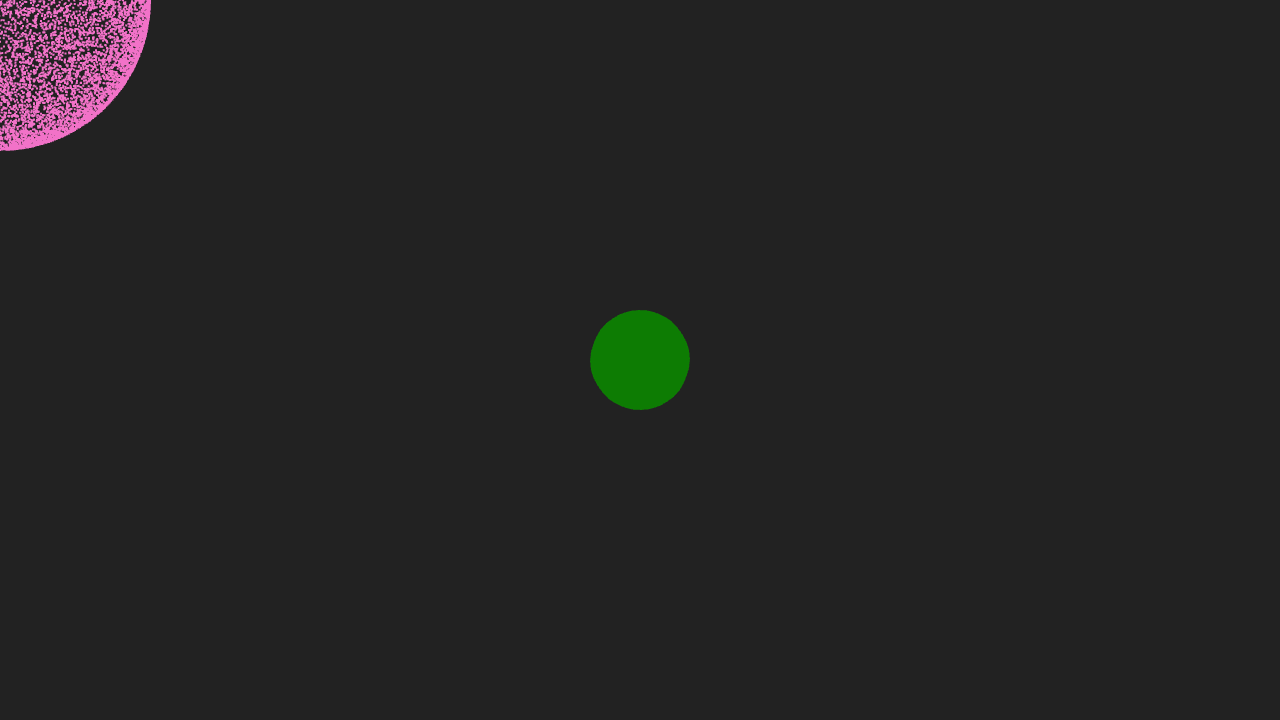
Repository: ZakariaZhlat125/multiple3dWindow
Page: index.html
These files come from the project's save history. The page is drawn as it stood at one moment and after the next save; the edit follows.
The browser window is 1280 px wide. The pictures show the whole page.

Above is the page before, as saved 2023-12-03 22:42:49.

### main.js
import WindowManager from "./WindowManager.js";

const t = THREE;
let camera, scene, renderer, world;
let near, far;
let pixR = window.devicePixelRatio ? window.devicePixelRatio : 1;
let balls = [];
let starsGroup;
let sceneOffsetTarget = { x: 0, y: 0 };
let sceneOffset = { x: 0, y: 0 };

let today = new Date();

today.setHours(0);
today.setMinutes(0);
today.setSeconds(0);
today.setMilliseconds(0);
today = today.getTime();

let internalTime = getTime();
let windowManager;
let initialized = false;

// get time in seconds since beginning of the day (so that all windows use the same time)
function getTime() {
  return (new Date().getTime() - today) / 1000.0;
}

if (new URLSearchParams(window.location.search).get("clear")) {
  localStorage.clear();
} else {
  // this code is essential to circumvent that some browsers preload the content of some pages before you actually hit the url
  document.addEventListener("visibilitychange", () => {
    if (document.visibilityState != "hidden" && !initialized) {
      init();
    }
  });

  window.onload = () => {
    if (document.visibilityState != "hidden") {
      init();
    }
  };

  function init() {
    initialized = true;

    // add a short timeout because window.offsetX reports wrong values before a short period
    setTimeout(() => {
      setupScene();
      setupWindowManager();
      resize();
      updateWindowShape(false);
      render();
      window.addEventListener("resize", resize);
      changeBallColors();
      createStars();
      setInterval(updateStarsPosition, 4000); // Update stars' positions every 4 seconds
    }, 500);
  }

  function setupScene() {
    camera = new t.OrthographicCamera(
      0,
      0,
      window.innerWidth,
      window.innerHeight,
      -10000,
      10000
    );

    camera.position.z = 2.5;
    near = camera.position.z - 0.5;
    far = camera.position.z + 0.5;

    scene = new t.Scene();
    scene.background = new t.Color(0x222222);
    scene.add(camera);

    renderer = new t.WebGLRenderer({ antialias: true, depthBuffer: true });
    renderer.setPixelRatio(pixR);
	starsGroup = new t.Group();
	scene.add(starsGroup);
    world = new t.Object3D();
    scene.add(world);

    renderer.domElement.setAttribute("id", "scene");
    document.body.appendChild(renderer.domElement);
  }

  function setupWindowManager() {
    windowManager = new WindowManager();
    windowManager.setWinShapeChangeCallback(updateWindowShape);
    windowManager.setWinChangeCallback(windowsUpdated);

    let metaData = { foo: "bar" };

    windowManager.init(metaData);

    windowsUpdated();
  }

  function windowsUpdated() {
    updateBalls();
  }

  function updateBalls() {
    let wins = windowManager.getWindows();

    balls.forEach((c) => {
      world.remove(c);
    });

    balls = [];

    for (let i = 0; i < wins.length; i++) {
      let win = wins[i];
      let c = new t.Color();
      c.setHSL(i * 0.1, 1.0, 0.5);
      let radius = 50 + i * 20;
      let segments = 16;
      let geometry = new t.SphereGeometry(radius, segments, segments);
      let material = new t.MeshBasicMaterial({ color: c });
      let ball = new t.Mesh(geometry, material);

      ball.position.x = win.shape.x + win.shape.w * 0.5;
      ball.position.y = win.shape.y + win.shape.h * 0.5;

      world.add(ball);
      balls.push(ball);
    }
  }

  function updateWindowShape(easing = true) {
    sceneOffsetTarget = { x: -window.screenX, y: -window.screenY };
    if (!easing) sceneOffset = sceneOffsetTarget;
  }

  function render() {
    let t = getTime();

    windowManager.update();

    let falloff = 0.05;
    sceneOffset.x =
      sceneOffset.x + (sceneOffsetTarget.x - sceneOffset.x) * falloff;
    sceneOffset.y =
      sceneOffset.y + (sceneOffsetTarget.y - sceneOffset.y) * falloff;

    world.position.x = sceneOffset.x;
    world.position.y = sceneOffset.y;

    let wins = windowManager.getWindows();

    for (let i = 0; i < balls.length; i++) {
      let ball = balls[i];
      let win = wins[i];
      let _t = t;

      let posTarget = {
        x: win.shape.x + win.shape.w * 0.5,
        y: win.shape.y + win.shape.h * 0.5,
      };

      ball.position.x =
        ball.position.x + (posTarget.x - ball.position.x) * falloff;
      ball.position.y =
        ball.position.y + (posTarget.y - ball.position.y) * falloff;
      ball.rotation.x = _t * 0.5;
      ball.rotation.y = _t * 0.3;
    }
	starsGroup.rotation.x -= 0.0005;
	starsGroup.rotation.y -= 0.0008;
    renderer.render(scene, camera);
    requestAnimationFrame(render);
  }

  function changeBallColors() {
    setInterval(() => {
      balls.forEach((ball) => {
        const randomColor = Math.random() * 0xffffff;
        ball.material.color.setHex(randomColor);
      });
    }, 2000);
  }

  function createStars() {
    const sphere = new Float32Array(60000);
    const { radius } = { radius: 150 };

    for (let i = 0; i < sphere.length; i += 3) {
      const [x, y, z] = randomInSphere(radius);
      sphere[i] = x;
      sphere[i + 1] = y;
      sphere[i + 2] = z;
    }

    const geometry = new t.BufferGeometry();
    geometry.setAttribute("position", new t.BufferAttribute(sphere, 3));

    const material = new t.PointsMaterial({
      transparent: true,
      color: 0xf272c8,
      size: 2,
      sizeAttenuation: true,
      depthWrite: false,
    });

    const points = new t.Points(geometry, material);
    starsGroup.add(points);
  }

  function randomInSphere(radius) {
    const u = Math.random();
    const v = Math.random();
    const theta = 2 * Math.PI * u;
    const phi = Math.acos(2 * v - 1);
    const x = radius * Math.sin(phi) * Math.cos(theta);
    const y = radius * Math.sin(phi) * Math.sin(theta);
    const z = radius * Math.cos(phi);
    return [x, y, z];
  }

  function resize() {
    let width = window.innerWidth;
    let height = window.innerHeight;

    camera = new t.OrthographicCamera(0, width, 0, height, -10000, 10000);
    camera.updateProjectionMatrix();
    renderer.setSize(width, height);
  }

  function updateStarsPosition() {
	starsGroup.remove(starsGroup.children[0]); // Remove the previous stars from starsGroup
	createStars();
  }
}

### WindowManager.js
class WindowManager
{
	#windows;
	#count;
	#id;
	#winData;
	#winShapeChangeCallback;
	#winChangeCallback;

	constructor ()
	{
		let that = this;

		// event listener for when localStorage is changed from another window
		addEventListener("storage", (event) =>
		{
			if (event.key == "windows")
			{
				let newWindows = JSON.parse(event.newValue);
				let winChange = that.#didWindowsChange(that.#windows, newWindows);

				that.#windows = newWindows;

				if (winChange)
				{
					if (that.#winChangeCallback) that.#winChangeCallback();
				}
			}
		});

		// event listener for when current window is about to ble closed
		window.addEventListener('beforeunload', function (e)
		{
			let index = that.getWindowIndexFromId(that.#id);

			//remove this window from the list and update local storage
			that.#windows.splice(index, 1);
			that.updateWindowsLocalStorage();
		});
	}

	// check if theres any changes to the window list
	#didWindowsChange (pWins, nWins)
	{
		if (pWins.length != nWins.length)
		{
			return true;
		}
		else
		{
			let c = false;

			for (let i = 0; i < pWins.length; i++)
			{
				if (pWins[i].id != nWins[i].id) c = true;
			}

			return c;
		}
	}

	// initiate current window (add metadata for custom data to store with each window instance)
	init (metaData)
	{
		this.#windows = JSON.parse(localStorage.getItem("windows")) || [];
		this.#count= localStorage.getItem("count") || 0;
		this.#count++;

		this.#id = this.#count;
		let shape = this.getWinShape();
		this.#winData = {id: this.#id, shape: shape, metaData: metaData};
		this.#windows.push(this.#winData);

		localStorage.setItem("count", this.#count);
		this.updateWindowsLocalStorage();
	}

	getWinShape ()
	{
		let shape = {x: window.screenLeft, y: window.screenTop, w: window.innerWidth, h: window.innerHeight};
		return shape;
	}

	getWindowIndexFromId (id)
	{
		let index = -1;

		for (let i = 0; i < this.#windows.length; i++)
		{
			if (this.#windows[i].id == id) index = i;
		}

		return index;
	}

	updateWindowsLocalStorage ()
	{
		localStorage.setItem("windows", JSON.stringify(this.#windows));
	}

	update ()
	{
		//console.log(step);
		let winShape = this.getWinShape();

		//console.log(winShape.x, winShape.y);

		if (winShape.x != this.#winData.shape.x ||
			winShape.y != this.#winData.shape.y ||
			winShape.w != this.#winData.shape.w ||
			winShape.h != this.#winData.shape.h)
		{

			this.#winData.shape = winShape;

			let index = this.getWindowIndexFromId(this.#id);
			this.#windows[index].shape = winShape;

			//console.log(windows);
			if (this.#winShapeChangeCallback) this.#winShapeChangeCallback();
			this.updateWindowsLocalStorage();
		}
	}

	setWinShapeChangeCallback (callback)
	{
		this.#winShapeChangeCallback = callback;
	}

	setWinChangeCallback (callback)
	{
		this.#winChangeCallback = callback;
	}

	getWindows ()
	{
		return this.#windows;
	}

	getThisWindowData ()
	{
		return this.#winData;
	}

	getThisWindowID ()
	{
		return this.#id;
	}
}

export default WindowManager;

Loaded but not shown: index.html (common file); three.r124.min.js (library)

After the next save:
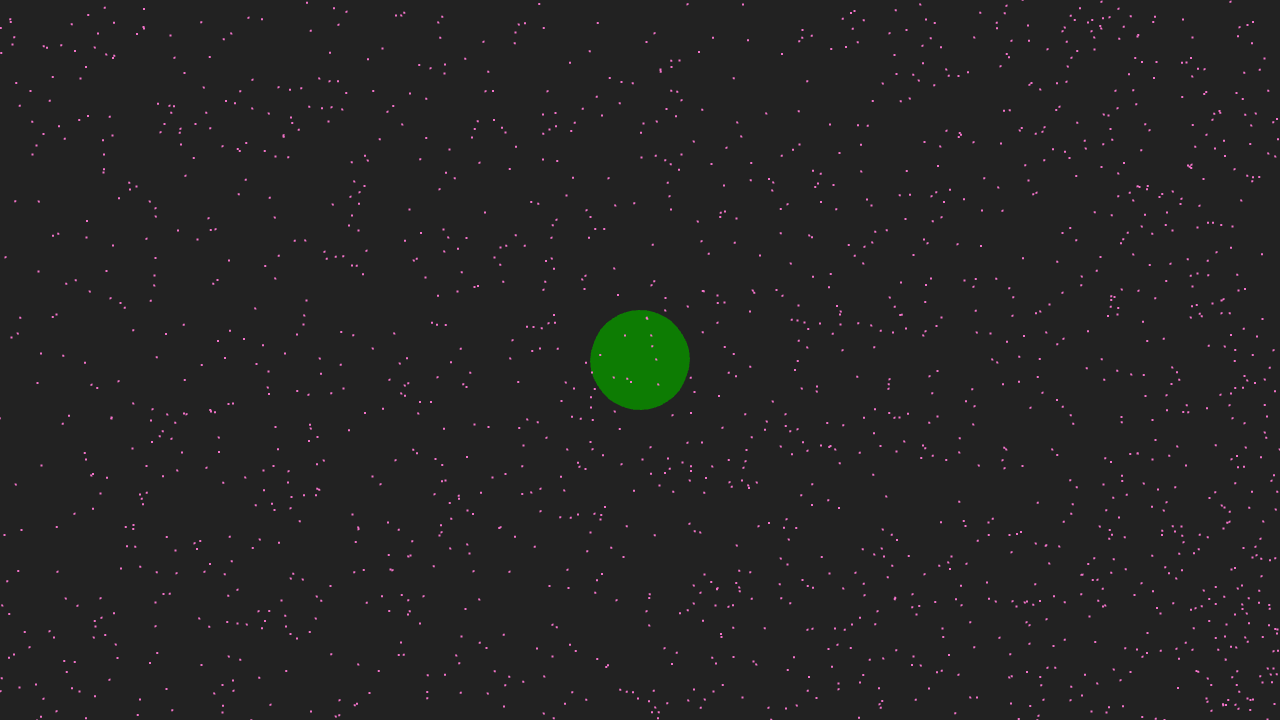
Saved 5 s later.
--- a/main.js
+++ b/main.js
@@ -186,7 +186,7 @@ if (new URLSearchParams(window.location.search).get("clear")) {
 
   function createStars() {
     const sphere = new Float32Array(60000);
-    const { radius } = { radius: 150 };
+    const { radius } = { radius: 1500 };
 
     for (let i = 0; i < sphere.length; i += 3) {
       const [x, y, z] = randomInSphere(radius);
